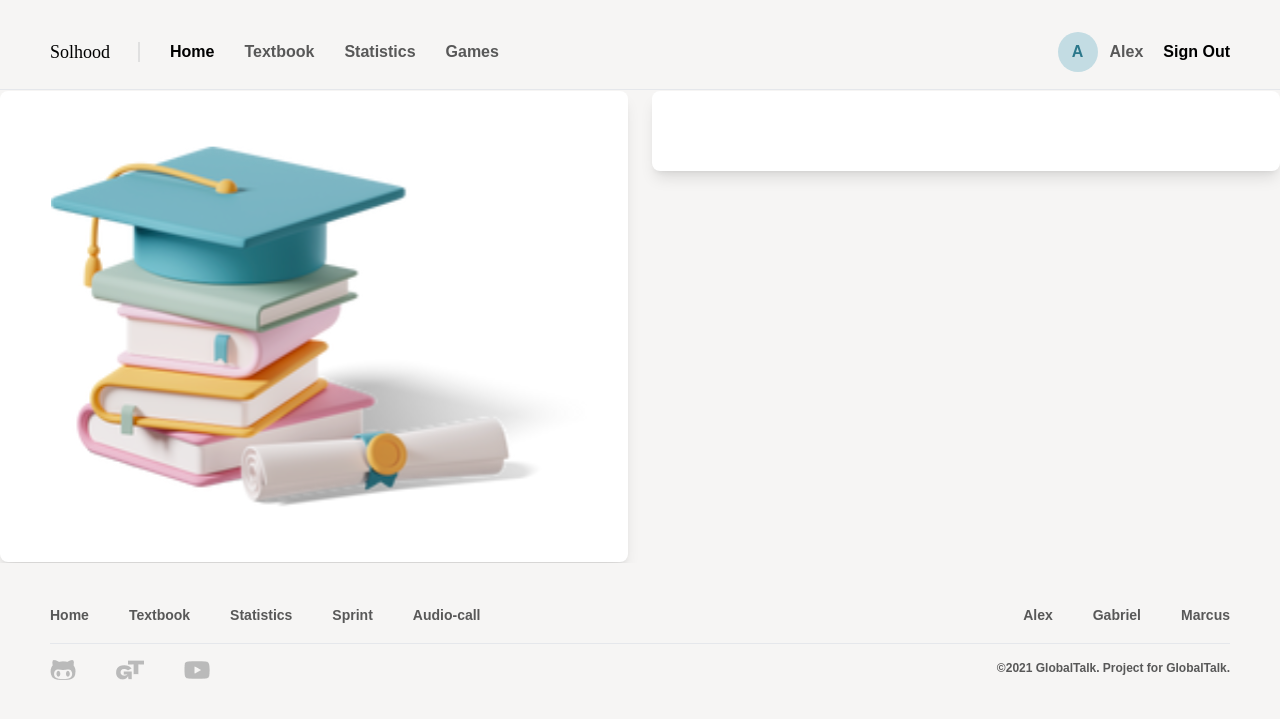
Repository: haudnn/solhood
Page: /result
These files come from the project's save history. The page is drawn as it stood at one moment and after the next save; the edit follows.
The browser window is 1280 px wide. The pictures show the whole page.
The project was rebuilt for these pictures with package versions that can differ from the ones it lists, and the page was loaded fresh each time. Also part of the build but not shown: src/pages/Game.tsx, src/pages/Home.tsx, src/pages/Sprint.tsx.

Above is the page before, as saved 2023-01-03 18:37:56.

After the next save:
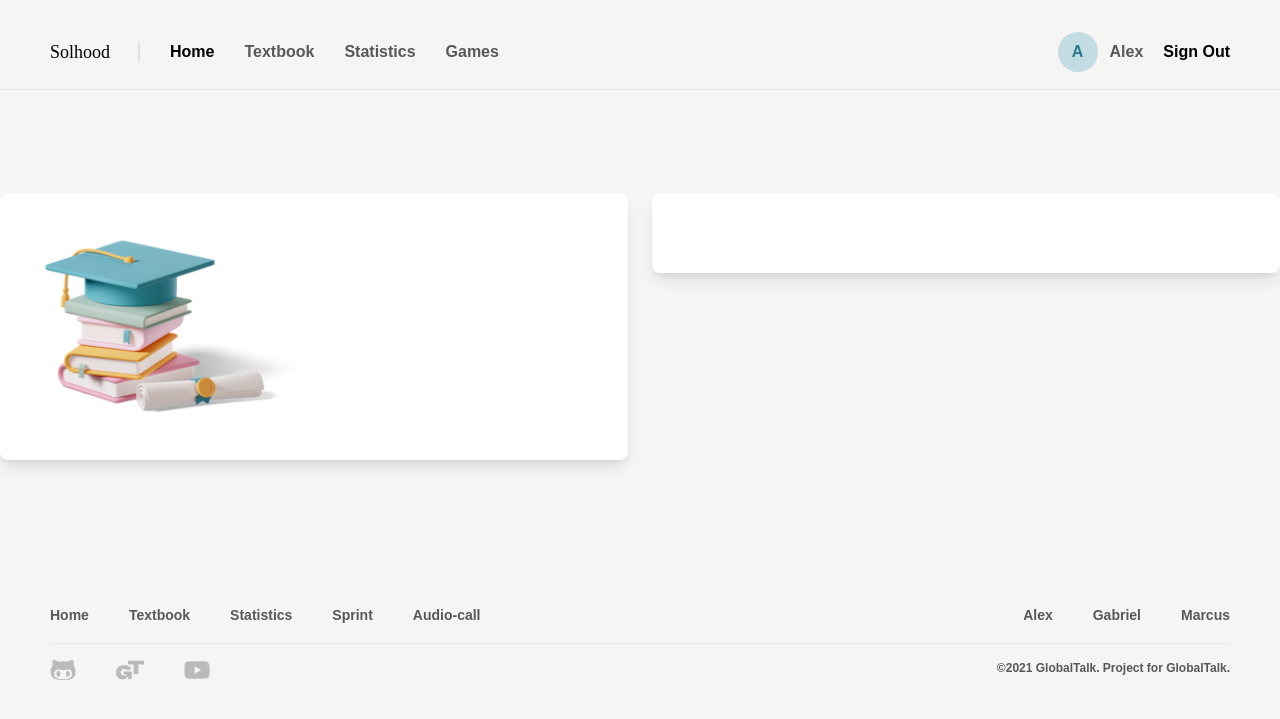
Saved 35 s later.
--- a/src/pages/Result.tsx
+++ b/src/pages/Result.tsx
@@ -8,8 +8,14 @@ const Result = () => {
                 <div className="row">
                     <div className="col l-6">
                         <div className='p-10 bg-white rounded-lg shadow-lg'>
-                            <div>
-                                <img src={books} alt="" className="object-cover w-full h-full" />
+                            <div className='grid'>
+                                <div className="row">
+                                    <div className="col l-6">
+                                        <div>
+                                            <img src={books} alt="" className="object-cover w-full h-full" />
+                                        </div>
+                                    </div>
+                                </div>
                             </div>
                         </div>
                     </div>
